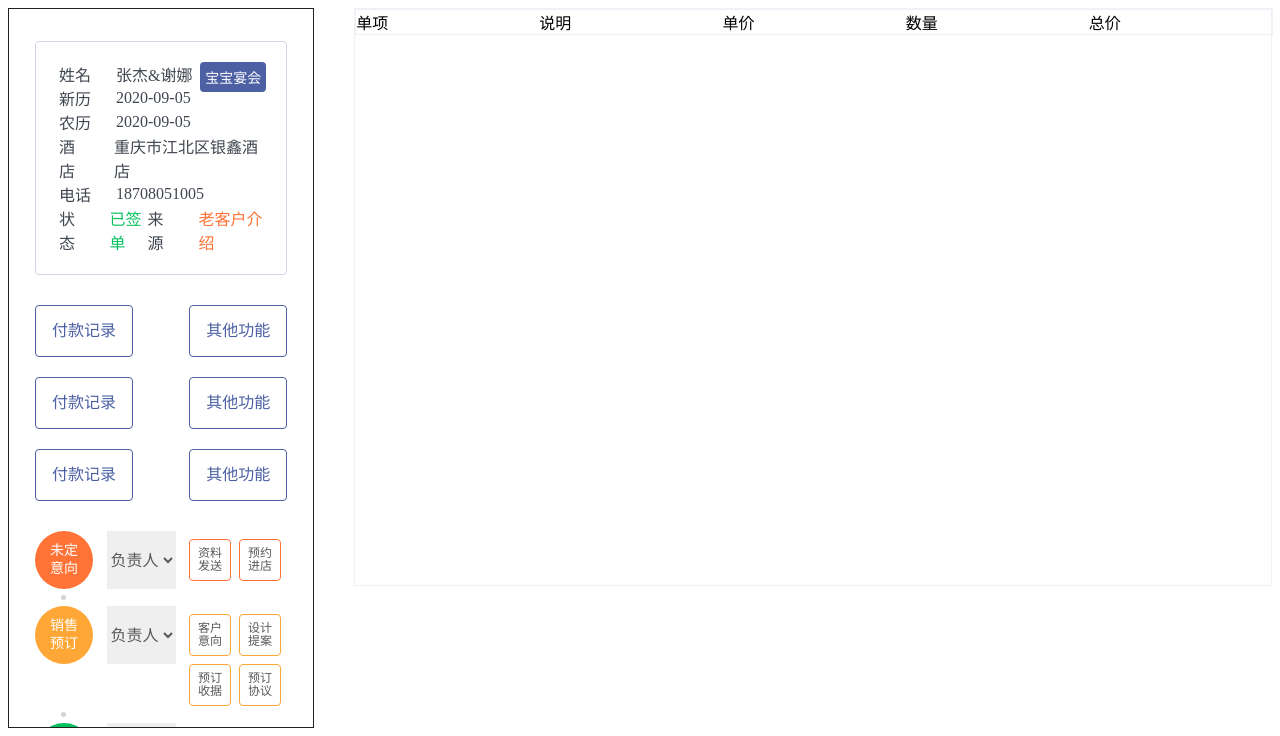
Repository: Lairuola/wedding-1
Page: index.html
These files come from the project's save history. The page is drawn as it stood at one moment and after the next save; the edit follows.
The browser window is 1280 px wide. The pictures show the whole page.

Above is the page before, as saved 2020-12-24 15:27:39.

After the next save:
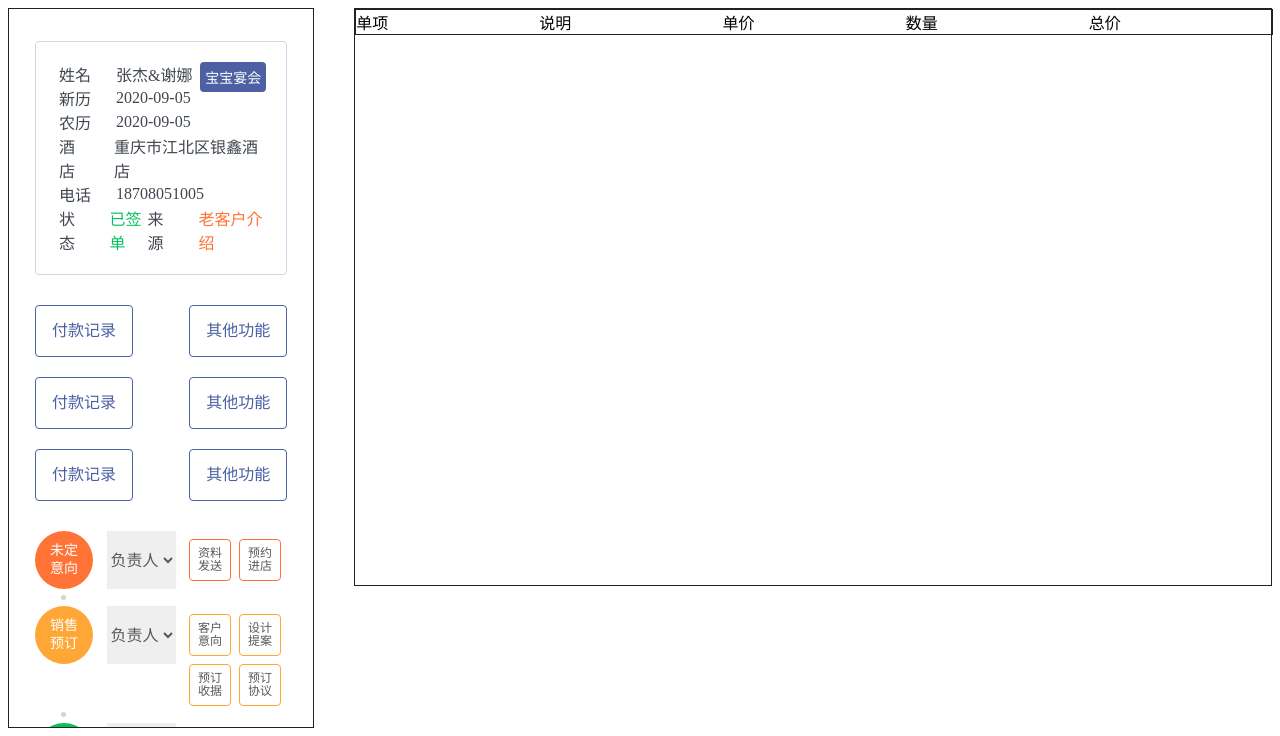
Saved 28 s later.
--- a/index.html
+++ b/index.html
@@ -2,7 +2,7 @@
  * @Author       : 濑若拉
  * @Date         : 2020-12-17 10:22:14
  * @LastEditors  : 濑若拉
- * @LastEditTime : 2020-12-24 15:27:39
+ * @LastEditTime : 2020-12-24 15:28:07
  * @FilePath     : /slidebar/index.html
 -->
 
@@ -283,7 +283,8 @@
       display: flex;
       flex-direction: column;
       margin-left: 40px;
-      border: 1px solid #eff1f7;
+      border: 1px solid #222;
+      /* border: 1px solid #eff1f7; */
       border-collapse: collapse;
     }
 
@@ -292,7 +293,8 @@
       display: flex;
       flex-direction: row;
       align-items: center;
-      border: 1px solid #eff1f7;
+      border: 1px solid #222;
+      /* border: 1px solid #eff1f7; */
     }
 
     .my-table .rows .item {
